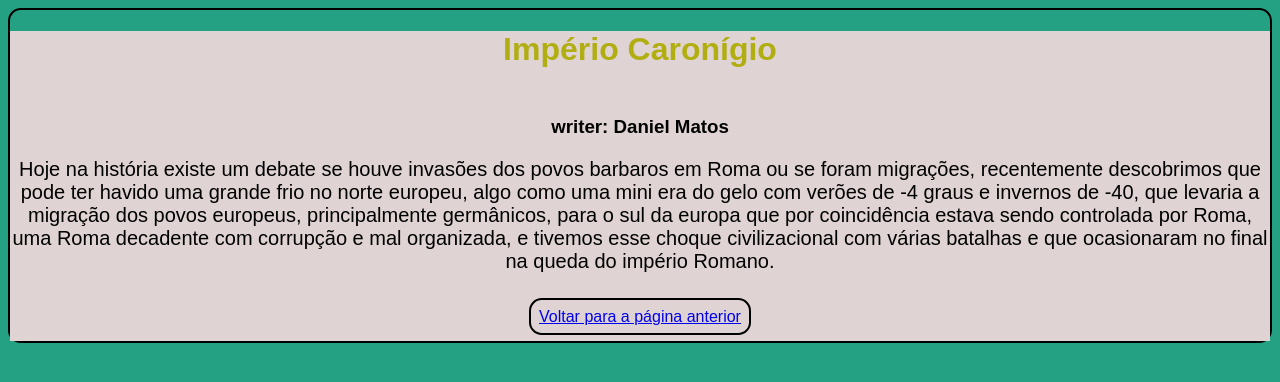
Repository: batmit/FutureFundation.github.io-1
Page: menu/articles/history/ancient/caroníngio.html/caronígio.html
An editor plug-in stored every save of this project. The page is shown before and after the next save, followed by the edit.
The browser window is 1280 px wide. The pictures show the whole page.

Above is the page before, as saved 2021-10-05 13:01:19.

### menu/articles/history/ancient/caroníngio.html/caronígio.html
<!DOCTYPE html>
<html lang="en">
<head>
    <meta charset="UTF-8">
    <meta http-equiv="X-UA-Compatible" content="IE=edge">
    <meta name="viewport" content="width=device-width, initial-scale=1.0">
    <title>Império Caronígio</title>
    <link rel="stylesheet" href="../../../../main.css">
</head>
<body>
    <div id="all">
        <header>
            <h1>Império Caronígio</h1>
            <h3>writer: Daniel Matos</h3>
        </header>
        <p>Hoje na história existe um debate se houve invasões dos povos barbaros em Roma ou se foram migrações, recentemente descobrimos que pode ter havido uma grande frio no norte europeu, algo como uma mini era do gelo com verões de -4 graus e invernos de -40, que levaria a migração dos povos europeus, principalmente germânicos, para o sul da europa que por coincidência estava sendo controlada por Roma, uma Roma decadente com corrupção e mal organizada, e tivemos esse choque civilizacional com várias batalhas e que ocasionaram no final na queda do império Romano. </p>

        <a href="./caronígio.html">Voltar para a página anterior</a>
    </div>
</body>
</html>

### menu/main.css
body{

    text-align: center;

    border: black 2px solid;

    border-radius: 0.8rem;

    font-family: 'Ubuntu', arial;

    background-color: rgb(36, 161, 130);


}

#articles {
    gap: 3px;
}

#all{

    background-color: rgb(223, 211, 211);

}


#codigo{
    text-align:left;

}


img{
    text-align: center;
    justify-content: center;

}

p{
    font-size: 20px;
    font-family: 'Ubuntu', arial;
}

a{
    border: 2px solid black;

    border-radius: 0.8rem;

    box-sizing: border-box;

    padding: 0.5rem;

    line-height:3rem;

    margin: 2px;


}

a:hover{

    background-color:#F0FFFF;

}

h1{

    margin-bottom: 3rem;

    color: rgb(177, 174, 17);

}

audio {
    -webkit-transition:all 0.5s linear;
    -moz-transition:all 0.5s linear;
    -o-transition:all 0.5s linear;
    transition:all 0.5s linear;
    -moz-box-shadow: 2px 2px 4px 0px #006773;
    -webkit-box-shadow:  2px 2px 4px 0px #006773;
    box-shadow: 2px 2px 4px 0px #006773;
    -moz-border-radius:7px 7px 7px 7px ;
    -webkit-border-radius:7px 7px 7px 7px ;
    border-radius:7px 7px 7px 7px ;
}

audio:hover, audio:focus, audio:active {

-webkit-box-shadow: 15px 15px 20px rgba(0,0, 0, 0.4);
-moz-box-shadow: 15px 15px 20px rgba(0,0, 0, 0.4);
box-shadow: 15px 15px 20px rgba(0,0, 0, 0.4);
-webkit-transform: scale(1.05);
-moz-transform: scale(1.05);
transform: scale(1.05);

}



@media (max-width: 900px) {


    a{

        display: block;
        line-height: 0.5rem;
        padding: 1rem;

    }

    #img{
        text-align: right;
    }

}

@media (prefers-color-scheme: dark) {
    #all{

        background-color: rgb(90, 73, 73);

    }

    h1{
        color: white
    }

    p{
        color: white;
    }

    a{
        background-color: aqua;
    }

    h3{
        color: white;
    }

    strong {
        color: white;
    }


}

After the next save:
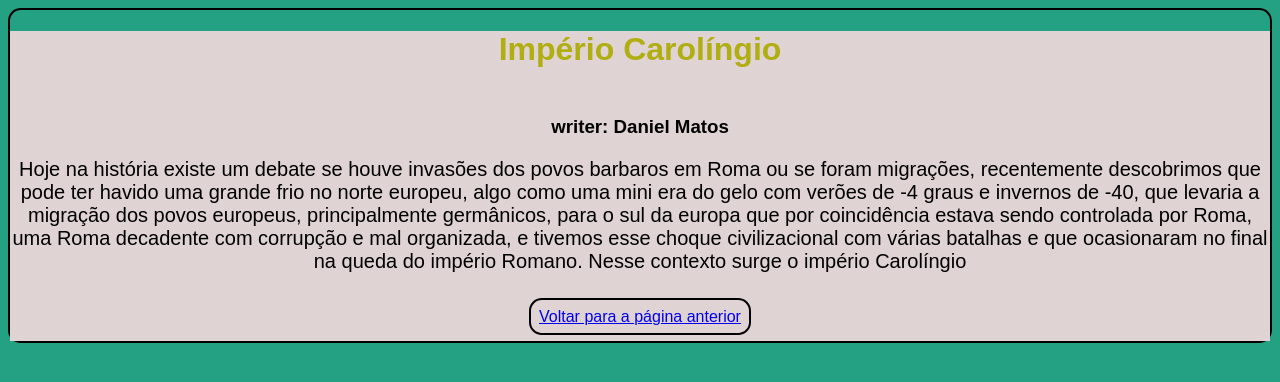
Saved 82 s later.
--- a/menu/articles/history/ancient/caroníngio.html/caronígio.html
+++ b/menu/articles/history/ancient/caroníngio.html/caronígio.html
@@ -4,16 +4,16 @@
     <meta charset="UTF-8">
     <meta http-equiv="X-UA-Compatible" content="IE=edge">
     <meta name="viewport" content="width=device-width, initial-scale=1.0">
-    <title>Império Caronígio</title>
+    <title>Império Carolíngio</title>
     <link rel="stylesheet" href="../../../../main.css">
 </head>
 <body>
     <div id="all">
         <header>
-            <h1>Império Caronígio</h1>
+            <h1>Império Carolíngio</h1>
             <h3>writer: Daniel Matos</h3>
         </header>
-        <p>Hoje na história existe um debate se houve invasões dos povos barbaros em Roma ou se foram migrações, recentemente descobrimos que pode ter havido uma grande frio no norte europeu, algo como uma mini era do gelo com verões de -4 graus e invernos de -40, que levaria a migração dos povos europeus, principalmente germânicos, para o sul da europa que por coincidência estava sendo controlada por Roma, uma Roma decadente com corrupção e mal organizada, e tivemos esse choque civilizacional com várias batalhas e que ocasionaram no final na queda do império Romano. </p>
+        <p>Hoje na história existe um debate se houve invasões dos povos barbaros em Roma ou se foram migrações, recentemente descobrimos que pode ter havido uma grande frio no norte europeu, algo como uma mini era do gelo com verões de -4 graus e invernos de -40, que levaria a migração dos povos europeus, principalmente germânicos, para o sul da europa que por coincidência estava sendo controlada por Roma, uma Roma decadente com corrupção e mal organizada, e tivemos esse choque civilizacional com várias batalhas e que ocasionaram no final na queda do império Romano. Nesse contexto surge o império Carolíngio</p>
 
         <a href="./caronígio.html">Voltar para a página anterior</a>
     </div>
